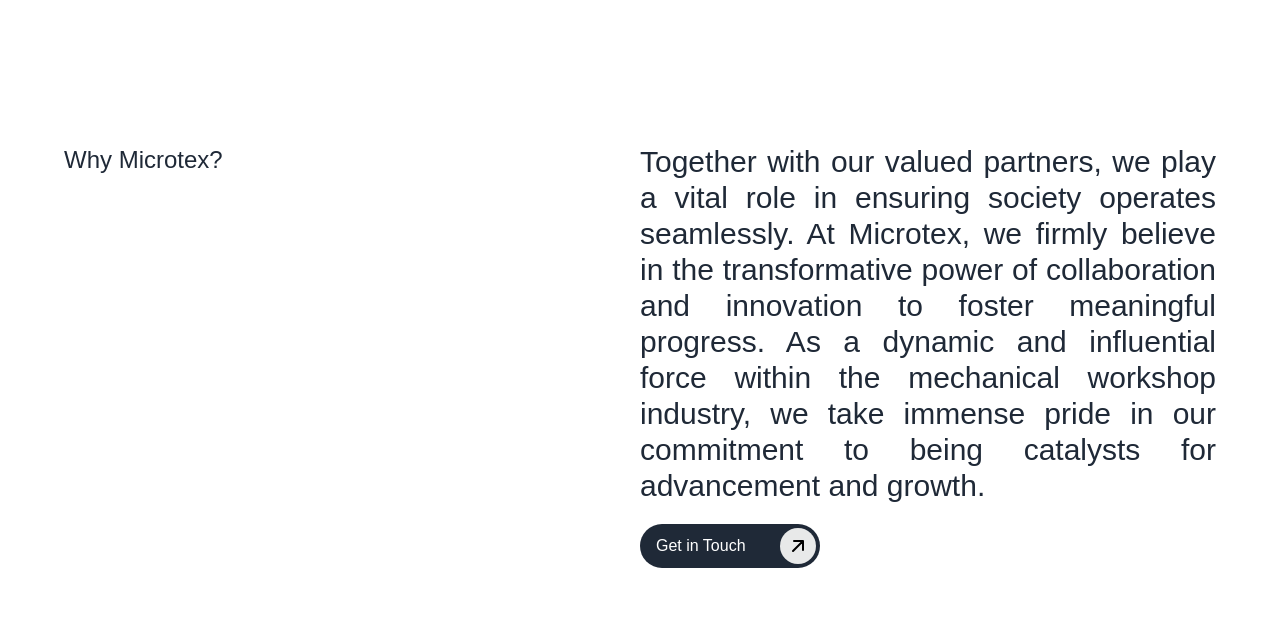
Repository: vespersolutionspk18/microtexwebsite
Page: /
An editor plug-in stored every save of this project. The page is shown before and after the next save, followed by the edit.
The browser window is 1280 px wide. The pictures show the part of the page from y = 806 to 1438 px (the page is 1438 px tall).
Some web fonts or font styles are not loaded; a fallback is used. The project was rebuilt for these pictures with package versions that can differ from the ones it lists, and the page was loaded fresh each time. The framework's server and built-in components were replaced by stand-ins that run in the browser. Also part of the build but not shown: next.config.mjs.

Above is the page before, as saved 2024-11-18 20:49:23.

After the next save:
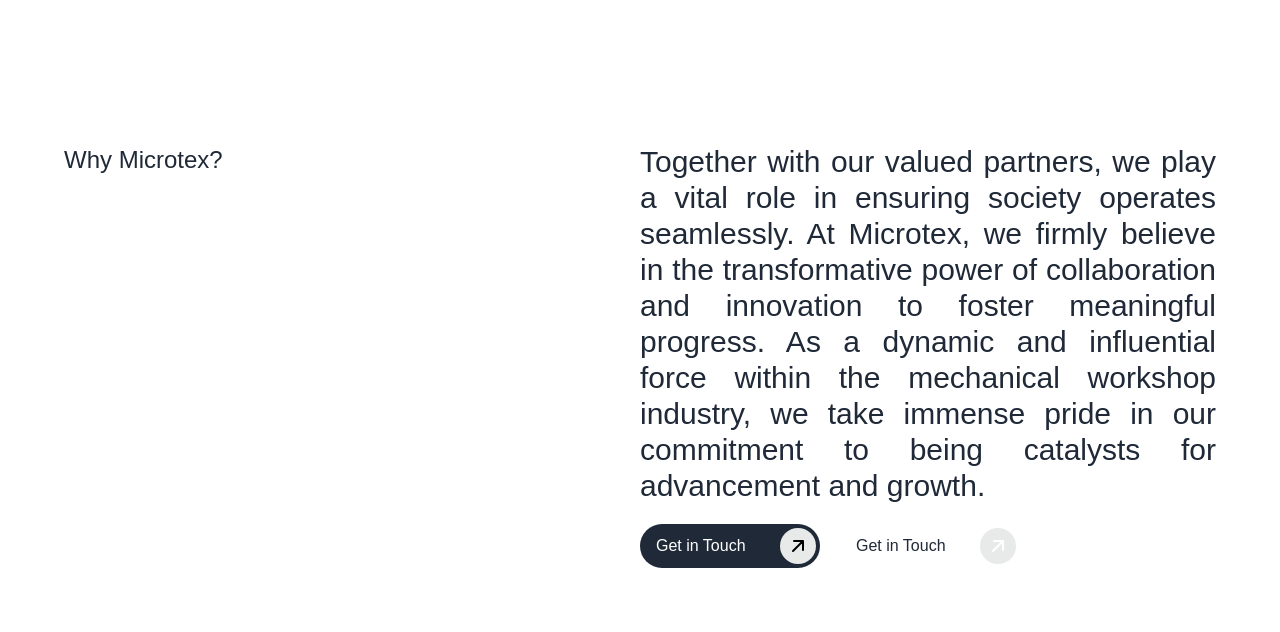
Saved 55 s later.
--- a/app/WhyMct.tsx
+++ b/app/WhyMct.tsx
@@ -1,5 +1,6 @@
 import React from 'react'
 import ButtonArrow from "@/public/assets/buttonarrow.svg";
+import ButtonArrowwhite from "@/public/assets/buttonarrowwhite.svg";
 const WhyMct = () => {
   return (
     <div className="flex flex-row bg-white p-16">
@@ -17,7 +18,18 @@ const WhyMct = () => {
   <div className="bg-[#E8E9E9] rounded-full h-[36px] w-[36px] flex items-center justify-center transition-transform duration-500 ease-in-out group-hover:rotate-45">
     <ButtonArrow className="h-[24px] w-[24px]" />
   </div>
-            </div>
+                </div>
+
+                <div id="button"
+  className="group  bg-white h-[44px] flex-row  text-gray-800 text-[16px] py-1 px-1 font-light rounded-full hidden md:flex items-center justify-between w-[180px] transition-width duration-500 ease-in-out  hover:w-[205px] "
+
+>
+  <div className="mx-3">Get in Touch</div>
+  <div className="bg-[#E8E9E9] rounded-full h-[36px] w-[36px] flex items-center justify-center transition-transform duration-500 ease-in-out group-hover:rotate-45">
+    <ButtonArrowwhite className="h-[24px] w-[24px]" />
+  </div>
+                </div>
+
 
 
             </div>
